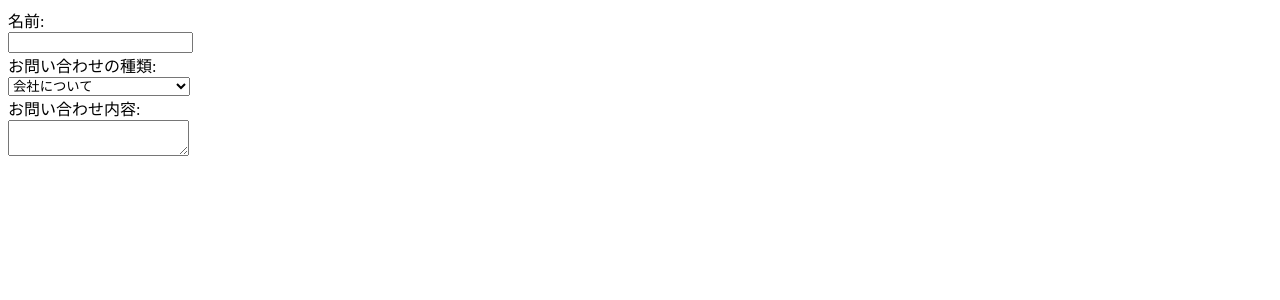
Repository: hmori696/test
Page: http://localhost/HelloServlet/inquiry.jsp
The author's editor kept a copy of each file at every save. The page is drawn from the files as they stood at one save, then again after the next save.
The browser window is 1280 px wide. The pictures show the whole page.
The page is served by Tomcat 9. Other server files are loaded and not shown.

Above is the page before, as saved 2019-08-28 11:35:35.

### HelloServlet/WebContent/inquiry.jsp
<%@ page language="java" contentType="text/html; charset=UTF-8"
    pageEncoding="UTF-8"%>
<!DOCTYPE html>
<html>
<head>
<meta charset="UTF-8">
<title>お問い合わせフォーム</title>
</head>
<body>
    <form method="post"action="InquiryServlet">
       名前:<br> <input type="text"name="name"><br>
       お問い合わせの種類:<br> <select name="qtype">
            <option value="company">会社について</option>
            <option value="product">製品について</option>
            <option value="support">アフターサポートについて</option>

     </select> <br> お問い合わせ内容:<br>
     <textarea name="body">

    </textarea>





       </select>












    </form>








</body>
</html>

After the next save:
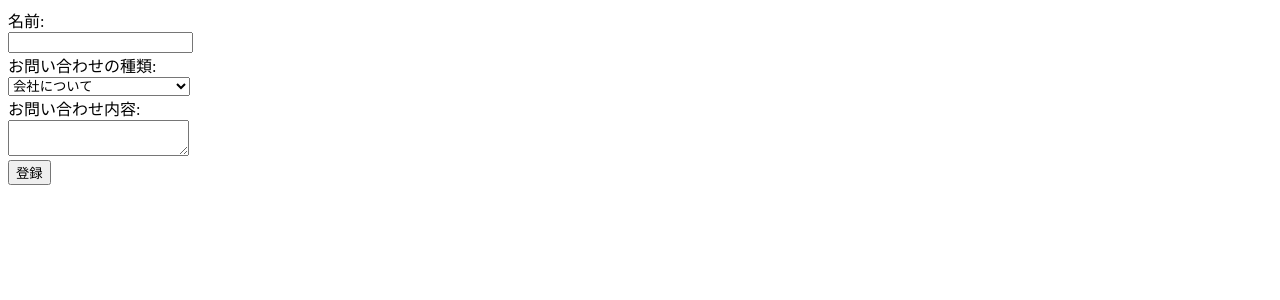
Saved 70 s later.
--- a/HelloServlet/WebContent/inquiry.jsp
+++ b/HelloServlet/WebContent/inquiry.jsp
@@ -19,31 +19,12 @@
 
     </textarea>
 
-
-
-
-
-       </select>
-
-
-
-
-
-
-
-
-
-
-
+        <br> <input type="submit"value="登録">
 
     </form>
 
 
 
 
-
-
-
-
 </body>
 </html>
